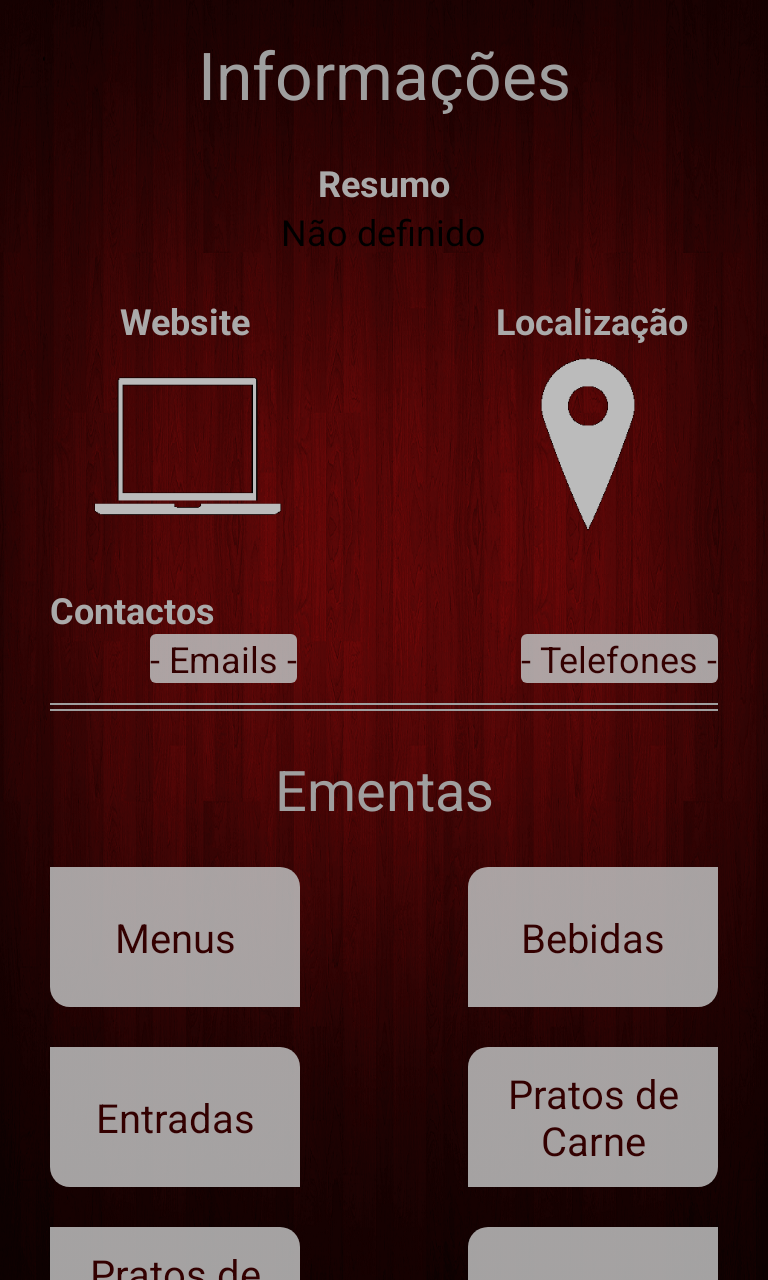
Repository: LuisFilipeDias/eMenu
Layout: SideMenuTutorial/res/layout/fragment.xml
The author's editor kept a copy of each file at every save. The layout is drawn from the files as they stood at one save, then again after the next save.
It is drawn on a 768 x 1280 px phone screen (xhdpi) without system bars, with theme Theme.Sherlock; the app's code is not run.

Above is the layout before, as saved 2013-12-23 22:18:01.

### SideMenuTutorial/res/layout/fragment.xml
<LinearLayout xmlns:android="http://schemas.android.com/apk/res/android"
    xmlns:tools="http://schemas.android.com/tools"
    android:id="@+id/LinearLayout1"
    android:layout_width="match_parent"
    android:layout_height="match_parent"
    android:orientation="vertical"
    android:background="@drawable/back_a"
    tools:context=".MainActivity" >

    <ScrollView
        android:id="@+id/scrollView1"
        android:layout_width="match_parent"
        android:layout_height="match_parent">

	    <RelativeLayout
	        android:layout_width="match_parent"
	        android:layout_height="match_parent"
	        android:layout_marginLeft="25dp"
	        android:layout_marginRight="25dp" >

		    <RelativeLayout
		        android:id="@+id/relative_1"
		        android:layout_width="match_parent"
		        android:layout_height="match_parent"
		        android:layout_alignParentLeft="true"
		        android:layout_alignParentRight="true" >

		   		<TextView
		        	android:id="@+id/info_ttl"
		            android:text="@string/info_ttl"
		            android:textColor="@color/emenu_color"
		            android:layout_width="match_parent"
		            android:layout_height="match_parent"
	            	android:layout_marginTop="15dp"
		            android:textAppearance="?android:attr/textAppearanceLarge"
	            	android:gravity="center_horizontal|center_vertical"
		            android:textSize="33sp"/>

			    <TextView
			        android:id="@+id/resumee_ttl"
			        android:layout_width="wrap_content"
			        android:layout_height="wrap_content"
			        android:layout_below="@+id/info_ttl"
			        android:layout_centerHorizontal="true"
			        android:layout_marginTop="20dp"
			        android:text="@string/resumee_ttl"
			        android:textAppearance="?android:attr/textAppearanceLarge"
			        android:textColor="@android:color/darker_gray"
			        android:textSize="18sp"
			        android:textStyle="bold" />

			    <TextView
			        android:id="@+id/resumee_txt"
			        android:layout_width="wrap_content"
			        android:layout_height="wrap_content"
			        android:layout_below="@+id/resumee_ttl"
			        android:layout_centerHorizontal="true"
			        android:text="@string/resumee_txt"
			        android:textAppearance="?android:attr/textAppearanceLarge"
			        android:textSize="18sp" />

		   		<TextView
		            android:id="@+id/website_ttl"
		            android:text="@string/website_ttl"
		            android:textStyle="bold"
		            android:textColor="@android:color/darker_gray"
		            android:layout_width="wrap_content"
		            android:layout_height="wrap_content"
	            	android:layout_marginTop="20dp"
	            	android:layout_marginLeft="35dp"
	            	android:layout_below="@+id/resumee_txt"
		            android:textAppearance="?android:attr/textAppearanceLarge"
		            android:clickable="true"
		            android:textSize="18sp" />

		   		<Button
		            android:id="@+id/website_txt"
		            android:layout_width="100dp"
		            android:layout_height="100dp"
	            	android:layout_marginLeft="-15dp"
	            	android:layout_below="@+id/website_ttl"
			        android:layout_alignLeft="@+id/website_ttl"
	            	android:background="@drawable/website_clicked"
	            	android:onClick="websiteClicked" />

			   	<TextView
			       	android:id="@+id/location_ttl"
			       	android:layout_width="wrap_content"
			       	android:layout_height="wrap_content"
	               	android:layout_marginTop="20dp"
	               	android:layout_marginRight="15dp"
			       	android:layout_alignParentRight="true"
	            	android:layout_below="@+id/resumee_txt"
			       	android:clickable="true"
			       	android:text="@string/location_ttl"
			       	android:textAppearance="?android:attr/textAppearanceLarge"
			       	android:textColor="@android:color/darker_gray"
			       	android:textSize="18sp"
			       	android:textStyle="bold" />

			   	<Button
			       	android:id="@+id/location_txt"
			       	android:layout_width="100dp"
			       	android:layout_height="100dp"
	               	android:layout_below="@+id/location_ttl"
			       	android:layout_alignRight="@+id/location_ttl"
			       	android:background="@drawable/local_clicked"
			       	android:onClick="locationClicked" />

		   		<TextView
			       	android:id="@+id/contacts_ttl"
			       	android:layout_width="wrap_content"
			       	android:layout_height="wrap_content"
			       	android:layout_alignParentLeft="true"
			       	android:layout_below="@+id/location_txt"
			       	android:layout_marginTop="20dp"
			       	android:clickable="true"
			       	android:text="@string/contacts_ttl"
			        android:layout_centerHorizontal="true"
			       	android:textAppearance="?android:attr/textAppearanceLarge"
			       	android:textColor="@android:color/darker_gray"
			       	android:textSize="18sp"
			       	android:textStyle="bold" />

		   		<TextView
		            android:id="@+id/email_txt"
		            android:text="@string/email_txt"
	            	android:textColor="@color/brown"
	            	android:background="@drawable/gen_clicked"
		            android:layout_width="wrap_content"
		            android:layout_height="wrap_content"
	            	android:layout_below="@+id/contacts_ttl"
		            android:layout_marginLeft="50dp"
		            android:textAppearance="?android:attr/textAppearanceLarge"
		            android:clickable="true"
	           	 	android:onClick="emailClicked"
		            android:textSize="18sp" />

			   <TextView
			       android:id="@+id/phone_txt"
			       android:layout_width="wrap_content"
			       android:layout_height="wrap_content"
			       android:layout_alignParentBottom="true"
			       android:layout_alignParentRight="true"
			       android:background="@drawable/gen_clicked"
			       android:clickable="true"
			       android:onClick="phoneClicked"
			       android:text="@string/phone_txt"
			       android:textAppearance="?android:attr/textAppearanceLarge"
			       android:textColor="@color/brown"
			       android:textSize="18sp" />

		    </RelativeLayout>

		        <View
		            android:id="@+id/sep_1"
		            android:background="@color/emenu_color"
		            android:layout_width="fill_parent"
		            android:layout_height="1dp"
		            android:layout_marginTop="10dp"
	            	android:layout_below="@+id/relative_1" />

		        <View
		            android:id="@+id/sep_2"
		            android:background="@color/emenu_color"
		            android:layout_width="fill_parent"
		            android:layout_height="1dp"
		            android:layout_marginBottom="10dp"
		            android:layout_marginTop="2dp"
	            	android:layout_below="@+id/sep_1"/>

		   <TextView
		            android:id="@+id/carte_ttl"
		            android:text="@string/carte_ttl"
		            android:textColor="@color/emenu_color"
		            android:layout_width="match_parent"
		            android:layout_height="match_parent"
	            	android:layout_marginTop="10dp"
		            android:textAppearance="?android:attr/textAppearanceLarge"
	            	android:gravity="center_horizontal|center_vertical"
	            	android:layout_below="@+id/sep_2"
		            android:textSize="28sp" />

	        <TextView
	            android:id="@+id/menu_txt"
	            android:text="@string/menu_txt"
	            android:textColor="@color/brown"
	            android:layout_width="125dp"
	            android:layout_height="70dp"
	            android:layout_marginTop="20dp"
	            android:layout_below="@+id/carte_ttl"
	            android:background="@drawable/left_clicked"
	            android:gravity="center_horizontal|center_vertical"
	            android:textAppearance="?android:attr/textAppearanceLarge"
		        android:clickable="true"
	            android:onClick="menuClicked"
	            android:textSize="20sp" />

	        <TextView
	            android:id="@+id/drinks_txt"
	            android:text="@string/drinks_txt"
	            android:textColor="@color/brown"
	            android:layout_width="125dp"
	            android:layout_height="70dp"
	            android:layout_marginTop="20dp"
	            android:layout_alignBottom="@+id/menu_txt"
	            android:layout_alignParentRight="true"
	            android:background="@drawable/right_clicked"
	            android:gravity="center_horizontal|center_vertical"
	            android:textAppearance="?android:attr/textAppearanceLarge"
	            android:clickable="true"
	            android:onClick="drinksClicked"
	            android:textSize="20sp" />

	        <TextView
	            android:id="@+id/entry_txt"
	            android:text="@string/entry_txt"
	            android:textColor="@color/brown"
	            android:layout_width="125dp"
	            android:layout_height="70dp"
	            android:layout_marginTop="20dp"
	            android:layout_alignParentLeft="true"
	            android:layout_below="@+id/menu_txt"
	            android:background="@drawable/left_clicked"
	            android:gravity="center_horizontal|center_vertical"
	            android:textAppearance="?android:attr/textAppearanceLarge"
	            android:clickable="true"
	            android:onClick="entryClicked"
	            android:textSize="20sp" />

	        <TextView
	            android:id="@+id/meat_txt"
	            android:text="@string/meat_txt"
	            android:textColor="@color/brown"
	            android:layout_width="125dp"
	            android:layout_height="70dp"
	            android:layout_marginTop="20dp"
	            android:layout_alignBottom="@+id/entry_txt"
	            android:layout_alignParentRight="true"
	            android:background="@drawable/right_clicked"
	            android:gravity="center_horizontal|center_vertical"
	            android:textAppearance="?android:attr/textAppearanceLarge"
	            android:clickable="true"
	            android:onClick="meatClicked"
	            android:textSize="20sp" />

	        <TextView
	            android:id="@+id/fish_txt"
	            android:text="@string/fish_txt"
	            android:textColor="@color/brown"
	            android:layout_width="125dp"
	            android:layout_height="70dp"
	            android:layout_below="@+id/meat_txt"
	            android:layout_marginTop="20dp"
	            android:background="@drawable/left_clicked"
	            android:gravity="center_horizontal|center_vertical"
	            android:textAppearance="?android:attr/textAppearanceLarge"
	            android:clickable="true"
	            android:onClick="fishClicked"
	            android:textSize="20sp" />

	        <TextView
	            android:id="@+id/others_txt"
	            android:text="@string/others_txt"
	            android:textColor="@color/brown"
	            android:layout_width="125dp"
	            android:layout_height="70dp"
	            android:layout_marginTop="20dp"
	            android:layout_alignBottom="@+id/fish_txt"
	            android:layout_alignParentRight="true"
	            android:background="@drawable/right_clicked"
	            android:gravity="center_horizontal|center_vertical"
	            android:textAppearance="?android:attr/textAppearanceLarge"
	            android:clickable="true"
	            android:onClick="othersClicked"
	            android:textSize="20sp" />

	        <TextView
	            android:id="@+id/deserts_txt"
	            android:text="@string/deserts_txt"
	            android:textColor="@color/brown"
	            android:layout_width="125dp"
	            android:layout_height="70dp"
	            android:layout_marginTop="20dp"
	            android:layout_below="@+id/others_txt"
	            android:layout_centerHorizontal="true"
	            android:background="@drawable/center_clicked"
	            android:gravity="center_horizontal|center_vertical"
	            android:textAppearance="?android:attr/textAppearanceLarge"
	            android:clickable="true"
	            android:textSize="20sp"
	            android:onClick="desertClicked"
        		android:layout_marginBottom="20dp"/>

		   <View
		        android:id="@+id/sep_3"
		        android:background="@color/emenu_color"
		        android:layout_width="fill_parent"
		        android:layout_height="1dp"
		        android:layout_marginTop="20dp"
	         	android:layout_below="@+id/deserts_txt" />

	    </RelativeLayout>
    </ScrollView>

</LinearLayout>

### SideMenuTutorial/res/values/colors.xml
<?xml version="1.0" encoding="utf-8"?>
<resources>
        <color name="background_color">#888888</color>
        <color name="text_color">#00FFFF</color>
        <color name="random_color">#0000FF</color>
        <color name="light_grey">#EBEBEB</color>
        <color name="medium_grey">#A0A0A0</color>
        <color name="dark_grey">#646464</color>
        <color name="light_red">#FFE2E2</color>
        <color name="medium_red">#FFB4B4</color>
        <color name="light_blue">#E2E2FF</color>
        <color name="medium_blue">#B4B4FF</color>
        <color name="dark_blue">#0000FF</color>
        <color name="light_green">#E2FFE2</color>
        <color name="medium_green">#B4FFB4</color>
        <color name="emenu_color">#9F9F9F</color>
        <color name="light_orange">#FFC983</color>
        <color name="medium_orange">#FFB778</color>
        <color name="light_yellow">#FFFFBF</color>
        <color name="medium_yellow">#FFFFA3</color>
        <color name="white">#FFFFFF</color>
        <color name="top_blue">#3399CC</color>
        <color name="brown">#330000</color>
</resources>

### SideMenuTutorial/res/drawable/website_clicked.xml
<?xml version="1.0" encoding="utf-8"?>
<selector xmlns:android="http://schemas.android.com/apk/res/android">
<!-- Button Focused-->
    <item   android:state_focused="true"
            android:state_pressed="false"
            android:drawable="@drawable/website_click"
            />
<!-- Button Focused Pressed-->
    <item   android:state_focused="true"
            android:state_pressed="true"
            android:drawable="@drawable/website_click"
            />
<!-- Button Pressed-->
    <item   android:state_focused="false"
            android:state_pressed="true"
            android:drawable="@drawable/website_click"
            />
<!-- Button Default Image-->
    <item   android:drawable="@drawable/website"/>

</selector>

### SideMenuTutorial/res/drawable/local_clicked.xml
<?xml version="1.0" encoding="utf-8"?>
<selector xmlns:android="http://schemas.android.com/apk/res/android">
<!-- Button Focused-->
    <item   android:state_focused="true"
            android:state_pressed="false"
            android:drawable="@drawable/local_click"
            />
<!-- Button Focused Pressed-->
    <item   android:state_focused="true"
            android:state_pressed="true"
            android:drawable="@drawable/local_click"
            />
<!-- Button Pressed-->
    <item   android:state_focused="false"
            android:state_pressed="true"
            android:drawable="@drawable/local_click"
            />
<!-- Button Default Image-->
    <item   android:drawable="@drawable/local"/>

</selector>

### SideMenuTutorial/res/drawable/gen_clicked.xml
<?xml version="1.0" encoding="utf-8"?>
<selector xmlns:android="http://schemas.android.com/apk/res/android">
<!-- Button Focused-->
    <item   android:state_focused="true"
            android:state_pressed="false"
            android:drawable="@drawable/gen_bg"
            />
<!-- Button Focused Pressed-->
    <item   android:state_focused="true"
            android:state_pressed="true"
            android:drawable="@drawable/gen_bg"
            />
<!-- Button Pressed-->
    <item   android:state_focused="false"
            android:state_pressed="true"
            android:drawable="@drawable/gen_bg"
            />
<!-- Button Default Image-->
    <item   android:drawable="@drawable/gen_hover"/>

</selector>

### SideMenuTutorial/res/drawable/left_clicked.xml
<?xml version="1.0" encoding="utf-8"?>
<selector xmlns:android="http://schemas.android.com/apk/res/android">
<!-- Button Focused-->
    <item   android:state_focused="true"
            android:state_pressed="false"
            android:drawable="@drawable/left_bg"
            />
<!-- Button Focused Pressed-->
    <item   android:state_focused="true"
            android:state_pressed="true"
            android:drawable="@drawable/left_bg"
            />
<!-- Button Pressed-->
    <item   android:state_focused="false"
            android:state_pressed="true"
            android:drawable="@drawable/left_bg"
            />
<!-- Button Default Image-->
    <item   android:drawable="@drawable/left_hover"/>

</selector>

### SideMenuTutorial/res/drawable/right_clicked.xml
<?xml version="1.0" encoding="utf-8"?>
<selector xmlns:android="http://schemas.android.com/apk/res/android">
<!-- Button Focused-->
    <item   android:state_focused="true"
            android:state_pressed="false"
            android:drawable="@drawable/right_bg"
            />
<!-- Button Focused Pressed-->
    <item   android:state_focused="true"
            android:state_pressed="true"
            android:drawable="@drawable/right_bg"
            />
<!-- Button Pressed-->
    <item   android:state_focused="false"
            android:state_pressed="true"
            android:drawable="@drawable/right_bg"
            />
<!-- Button Default Image-->
    <item   android:drawable="@drawable/right_hover"/>

</selector>

### SideMenuTutorial/res/drawable/center_clicked.xml
<?xml version="1.0" encoding="utf-8"?>
<selector xmlns:android="http://schemas.android.com/apk/res/android">
<!-- Button Focused-->
    <item   android:state_focused="true"
            android:state_pressed="false"
            android:drawable="@drawable/center_bg"
            />
<!-- Button Focused Pressed-->
    <item   android:state_focused="true"
            android:state_pressed="true"
            android:drawable="@drawable/center_bg"
            />
<!-- Button Pressed-->
    <item   android:state_focused="false"
            android:state_pressed="true"
            android:drawable="@drawable/center_bg"
            />
<!-- Button Default Image-->
    <item   android:drawable="@drawable/center_hover"/>

</selector>

### SideMenuTutorial/res/drawable/center_bg.xml
<?xml version="1.0" encoding="UTF-8"?>
<shape xmlns:android="http://schemas.android.com/apk/res/android">
<!--this is to give gradient effect -->
<gradient   android:angle="270"
            android:startColor="#FFFFFFFF"
            android:endColor="#FFFFFFFF"
            />
<!-- this is make corners of button rounded -->
<corners    android:topLeftRadius="10dip"
               android:bottomRightRadius="10dip"
               android:topRightRadius="10dip"
               android:bottomLeftRadius="10dip"/>

</shape>

### SideMenuTutorial/res/drawable/center_hover.xml
<?xml version="1.0" encoding="UTF-8"?>
<shape xmlns:android="http://schemas.android.com/apk/res/android">
<!--this is to give gradient effect -->
<gradient   android:angle="270"
               android:startColor="#DDBBBBBB"
               android:endColor="#DDBBBBBB"
               />
<!-- this is make corners of button rounded -->
<corners    android:topLeftRadius="10dip"
               android:bottomRightRadius="10dip"
               android:topRightRadius="10dip"
               android:bottomLeftRadius="10dip"/>

</shape>

### SideMenuTutorial/res/drawable/right_bg.xml
<?xml version="1.0" encoding="UTF-8"?>
<shape xmlns:android="http://schemas.android.com/apk/res/android">
<!--this is to give gradient effect -->
<gradient   android:angle="270"
            android:startColor="#FFFFFFFF"
            android:endColor="#FFFFFFFF"
            />
<!-- this is make corners of button rounded -->
<corners    android:topLeftRadius="10dip"
               android:bottomRightRadius="10dip"
               android:topRightRadius="0dip"
               android:bottomLeftRadius="0dip"/>

</shape>

### SideMenuTutorial/res/drawable/right_hover.xml
<?xml version="1.0" encoding="UTF-8"?>
<shape xmlns:android="http://schemas.android.com/apk/res/android">
<!--this is to give gradient effect -->
<gradient   android:angle="270"
               android:startColor="#DDBBBBBB"
               android:endColor="#DDBBBBBB"
               />
<!-- this is make corners of button rounded -->
<corners    android:topLeftRadius="10dip"
               android:bottomRightRadius="10dip"
               android:topRightRadius="0dip"
               android:bottomLeftRadius="0dip"/>

</shape>

### SideMenuTutorial/res/drawable/left_bg.xml
<?xml version="1.0" encoding="UTF-8"?>
<shape xmlns:android="http://schemas.android.com/apk/res/android">
<!--this is to give gradient effect -->
<gradient   android:angle="270"
            android:startColor="#FFFFFFFF"
            android:endColor="#FFFFFFFF"
            />
<!-- this is make corners of button rounded -->
<corners    android:topLeftRadius="0dip"
               android:bottomRightRadius="0dip"
               android:topRightRadius="10dip"
               android:bottomLeftRadius="10dip"/>

</shape>

### SideMenuTutorial/res/drawable/left_hover.xml
<?xml version="1.0" encoding="UTF-8"?>
<shape xmlns:android="http://schemas.android.com/apk/res/android">
<!--this is to give gradient effect -->
<gradient   android:angle="270"
               android:startColor="#DDBBBBBB"
               android:endColor="#DDBBBBBB"
               />
<!-- this is make corners of button rounded -->
<corners    android:topLeftRadius="0dip"
               android:bottomRightRadius="0dip"
               android:topRightRadius="10dip"
               android:bottomLeftRadius="10dip"/>

</shape>

### SideMenuTutorial/res/drawable/gen_bg.xml
<?xml version="1.0" encoding="UTF-8"?>
<shape xmlns:android="http://schemas.android.com/apk/res/android">
<!--this is to give gradient effect -->
<gradient   android:angle="270"
            android:startColor="#FFFFFFFF"
            android:endColor="#FFFFFFFF"
            />
<!-- this is make corners of button rounded -->
<corners    android:topLeftRadius="3dip"
               android:bottomRightRadius="3dip"
               android:topRightRadius="3dip"
               android:bottomLeftRadius="3dip"/>

</shape>

### SideMenuTutorial/res/drawable/gen_hover.xml
<?xml version="1.0" encoding="UTF-8"?>
<shape xmlns:android="http://schemas.android.com/apk/res/android">
<!--this is to give gradient effect -->
<gradient   android:angle="270"
               android:startColor="#DDBBBBBB"
               android:endColor="#DDBBBBBB"
               />
<!-- this is make corners of button rounded -->
<corners    android:topLeftRadius="3dip"
               android:bottomRightRadius="3dip"
               android:topRightRadius="3dip"
               android:bottomLeftRadius="3dip"/>

</shape>

Loaded but not shown: SideMenuTutorial/res/values/strings.xml (48 lines, source omitted)

After the next save:
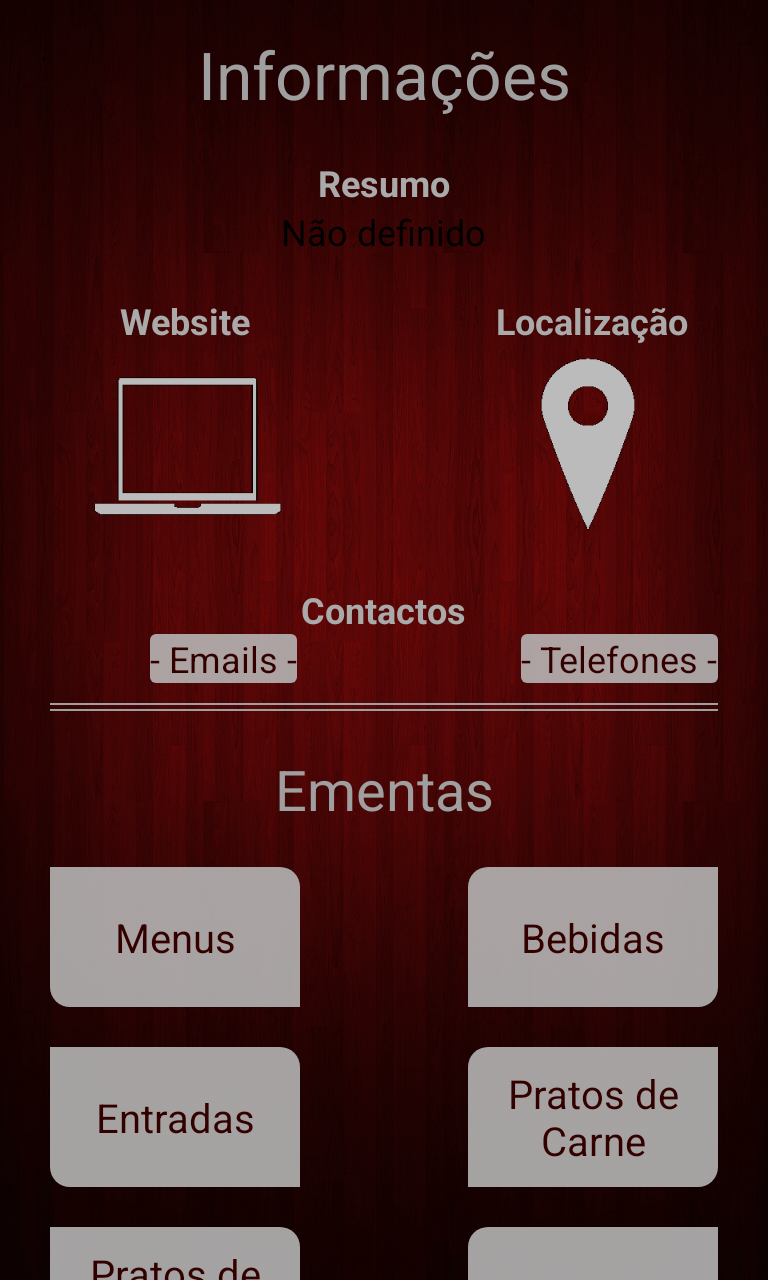
Saved 7 s later.
--- a/SideMenuTutorial/res/layout/fragment.xml
+++ b/SideMenuTutorial/res/layout/fragment.xml
@@ -111,7 +111,6 @@
 			       	android:id="@+id/contacts_ttl"
 			       	android:layout_width="wrap_content"
 			       	android:layout_height="wrap_content"
-			       	android:layout_alignParentLeft="true"
 			       	android:layout_below="@+id/location_txt"
 			       	android:layout_marginTop="20dp"
 			       	android:clickable="true"
